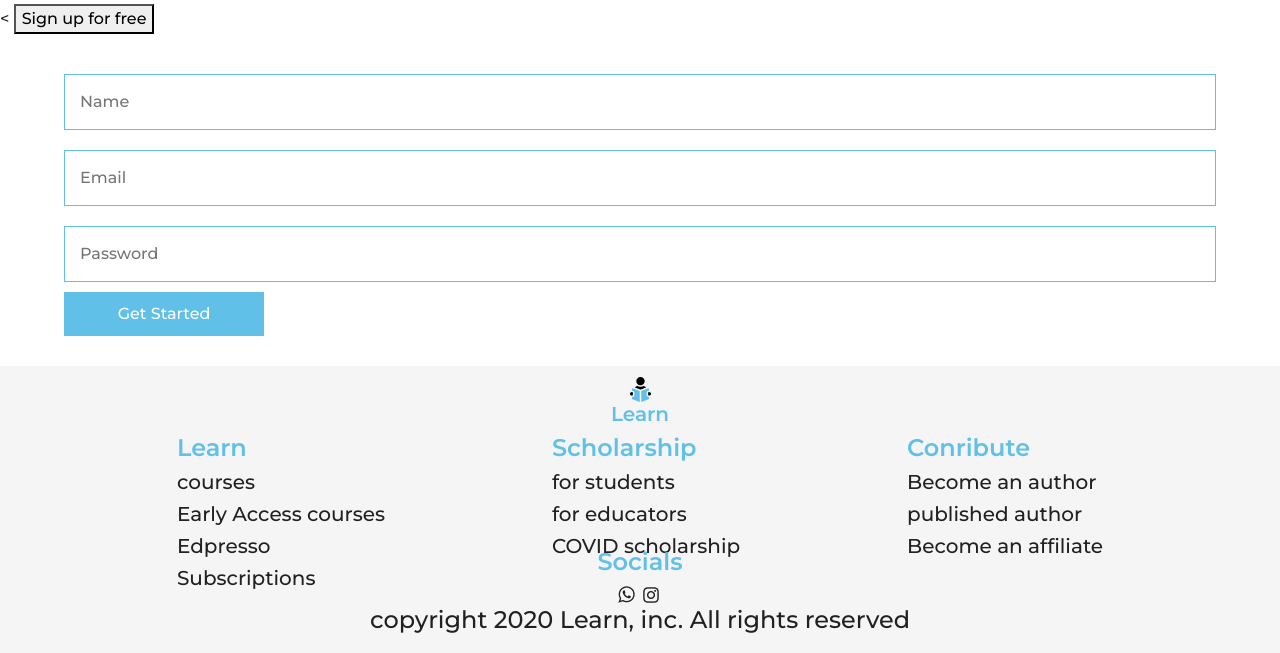
Repository: TiaraOluwanimi/team5
Page: tutor.html
An editor plug-in stored every save of this project. The page is shown before and after a run of saves, followed by the edit.
The browser window is 1280 px wide. The pictures show the part of the page from y = 2365 to 3024 px (the page is 3018 px tall before and 3024 px after).
A picture or video elsewhere on the page could not be fetched, so the positions and the page height are approximate. Some web libraries are served in a nearby version.

Above is the page before, as saved 2020-08-08 11:36:52.

### tutor.html
<!DOCTYPE html>
<html lang="en">
  <head>
    <meta charset="UTF-8" />
    <meta name="viewport" content="width=device-width, initial-scale=1.0" />
    <title>Online Tutoring</title>
    <!-- Custom Css -->
    <link rel="stylesheet" href="./assets/css/header-footer.css" />
    <link rel="stylesheet" href="./assets/css/tutor.css" />
    <link rel="stylesheet" href="./assets/css/testimonial.css" />
    <!-- Favicon -->
    <link rel="shortcut icon" href="" type="image/x-icon" />
    <!---------------------- CDNs----------------- -->
    <!-- Bootstrap CSS CDN -->
    <link
      rel="stylesheet"
      href="https://maxcdn.bootstrapcdn.com/bootstrap/4.0.0/css/bootstrap.min.css"
      integrity="sha384-Gn5384xqQ1aoWXA+058RXPxPg6fy4IWvTNh0E263XmFcJlSAwiGgFAW/dAiS6JXm"
      crossorigin="anonymous"
    />
    <!-- fontawesome CDN -->
    <!-- Google Font -->
    <link href="https://fonts.googleapis.com/css2?family=Montserrat:wght@500;600&display=swap" rel="stylesheet">
    <!-- Font Awesome -->
    <script src="https://kit.fontawesome.com/0f19ba4771.js" crossorigin="anonymous"></script>

</head>

<body>
    <!-- Welcome to this online tutoring website. 😊 -->
    <!--  Header  -->
    <nav class="nav1">
      <a href="#"><img src="./assets/img/logo.png" alt="" /></a>
      <div class="nav1div1">
        <img
          class="searchicon"
          onclick="displaySearchBar()"
          src="./assets/img/search.png"
          alt=""
        />
        <button class="nav1butt1">Log in</button>
        <button class="nav1butt2">Join for free</button>
      </div>
      <div class="nav1div2 display">
        <input
          class="searchbar"
          type="text"
          placeholder="Enter Text here"
          name=""
          id=""
        />
      </div>
    </nav>

    <!-- Landing Page -->
    <div class="div1">
        <img class="div1img1" src="./assets/img/hero-img.png" alt="">
        <div class="div1div1">
            <i class="fas fa-play-circle fa-2x div1img2"></i>
            &nbsp;&nbsp;&nbsp;
            <h3 class="div1hh1">TAKE A TOUR</h3>
        </div>
    </div>

    <div class="div2">
        <h1 class="div2hh1">
            LEARN ALL YOU WANT, AT YOUR OWN
            <span class="div2hh2">PACE.</span>
        </h1>
        <h4 class="div2hh3">
            Lorem ipsum dolor sit amet, consectetur
            adipiscing elit, sed do eiusmod tempor
            incididunt ut labore et dolore magna
            aliqua. Ut enim ad minim veniam, quis
            nostrud exercitation ullamco laboris nisi
            ut aliquip ex ea commodo consequat.
        </h4>
        <div class="div2div1">
            <button class="div2butt1">Get Started</button>
        </div>
    </div>
    <!-- join us section -->
    <section id="join-us" class="py-5" style="position: relative;">
        <div style="position: absolute; right: 0px; top:-10px;">
          <img src="./assets/img/Ellipse 13.png" alt="" class="img-fluid" />
        </div>
        <div class="container">
          <div class="row">
            <div class="col-12 mx-auto text-center">
              <h4 class="mx-auto sec-head">
                <span><strong>Join Us</strong></span>
              </h4>
              <p>
                Join us for free classes taught by experts. And explore hundreds
                of free online classes.
              </p>
            </div>
            <div class="row py-3">
                <div class="col-md-4 text-center my-3">
                  <div class="box-shadow py-3">
                    <img
                      src="./assets/img/course.png"
                      alt=""
                      class="join-img img-fluid rounded-circle w-50"
                    />
                    <h4 class="my-5"><strong>Choose a Course</strong></h4>
                  </div>
                </div>
                <div class="col-md-4 text-center my-3">
                  <div class="box-shadow py-3">
                    <img
                      src="./assets/img/skillset.png"
                      alt=""
                      class="join-img img-fluid rounded-circle w-50"
                    />
                    <h4 class="my-5"><strong>Grow your skillset</strong></h4>
                  </div>
                </div>
                <div class="col-md-4 text-center my-3">
                  <div class="box-shadow py-3">
                    <img
                      src="./assets/img/mentorship.png"
                      alt=""
                      class="join-img img-fluid rounded-circle w-50"
                    />
                    <h4 class="my-5"><strong>Meet a mentor</strong></h4>
                  </div>
                </div>
                <button
                  class="btn btn-lg btn-outline-primary py-3 px-5 rounded-0 mx-auto"
                >
                  View All
                </button>
              </div>
            </div>
          </section>

    <!-- service section -->
    <section id="services" class="py-5" style="position: relative;">
      <div style="position: absolute; left: 0px; top: -30px;">
        <img src="./assets/img/Ellipse 10.png" alt="" />
      </div>
      <div
        style="position: absolute; right: 0px; top: 30%; transform: scale(-1);"
      >
        <img src="./assets/img/Ellipse 10.png" alt="" />
      </div>
      <div class="container">
        <div class="row">
          <div class="col-12 mx-auto text-center">
            <h4 class="mx-auto sec-head">
              <span><strong>Services</strong></span>
            </h4>
            <p>
              Helping over 5,000 students reach their ultimate goals with our
              special packages.
            </p>
          </div>
        </div>
        <div class="row p-3">
          <div class="col-md-4 text-center py-3">
            <h4><strong>Get help, FAST</strong></h4>
            <img
              src="./assets/img/hourglass 1.png"
              alt=""
              class="img-fluid w-25 my-3"
            />
            <p class="my-3" style="font-size: 14px;">
              Lorem ipsum dolor sit amet, consectetur adipiscing elit, sed do
              eiusmod tempor incididunt ut labore et dolore magna aliqua. Ut
              enim ad minim veniam, quis nostrud exercitation ullamco laboris
              nisi ut aliquip ex ea commodo consequat. um.
            </p>
            <h6 class="border py-3 px-1 mx-3 border-primary">
              Learn More <i></i>
            </h6>
          </div>
          <div class="col-md-4 text-center py-3">
            <h4><strong>Personalised tutoring</strong></h4>
            <img
              src="./assets/img/teacher 1.png"
              alt=""
              class="img-fluid w-25 my-3"
            />
            <p class="my-3" style="font-size: 14px;">
              Lorem ipsum dolor sit amet, consectetur adipiscing elit, sed do
              eiusmod tempor incididunt ut labore et dolore magna aliqua. Ut
              enim ad minim veniam, quis nostrud exercitation ullamco laboris
              nisi ut aliquip ex ea commodo consequat. um.
            </p>
            <h6 class="border py-3 px-1 mx-3 border-primary">
              Learn More <i></i>
            </h6>
          </div>
          <div class="col-md-4 text-center py-3">
            <h4><strong>80+ Courses</strong></h4>
            <img
              src="./assets/img/test 1.png"
              alt=""
              class="img-fluid w-25 my-3"
            />
            <p class="my-3" style="font-size: 14px;">
              Lorem ipsum dolor sit amet, consectetur adipiscing elit, sed do
              eiusmod tempor incididunt ut labore et dolore magna aliqua. Ut
              enim ad minim veniam, quis nostrud exercitation ullamco laboris
              nisi ut aliquip ex ea commodo consequat. um.
            </p>
            <h6 class="border py-3 px-1 mx-3 mx-lg-1 border-primary">
              Learn More <i></i>
            </h6>
          </div>
        </div>
      </div>
    </section>
    <!-- Testimonial section -->
    <section>
      <div>
        <div class="testimonial-heading">
          <div>
            <hr>
            <span>Testimonials</span>
            <hr>
          </div>
          <p>what our awesome client are saying</p>
        </div>
        <div  id="testimonial-details">
          <div class="testimonial-card col-3">
            <img src="./assets/img/Ellipse 7.png" alt="">
            <div class="testimonial-statement">
              <p>Lorem ipsum dolor sit amet, consectetur adipiscing elit, sed do odo consequat. um.</p>
            </div>
            <p>-Rafiu</p>
          </div>
          <div class="testimonial-card col-3">
            <img src="./assets/img/Ellipse 7.png" alt="">
            <div class="testimonial-statement">
              <p>Lorem ipsum dolor sit amet, consectetur adipiscing elit, sed do odo consequat. um.</p>
            </div>
            <p>-Rafiu</p>
          </div>
          <div class="testimonial-card col-3">
            <img src="./assets/img/Ellipse 7.png" alt="">
            <div class="testimonial-statement">
              <p>Lorem ipsum dolor sit amet, consectetur adipiscing elit, sed do odo consequat. um.</p>
            </div>
            <p>-Rafiu</p>
          </div>

        </div>
        button>View all</button>
        <div>
          <
          <button>Sign up for free</button>
        </div>
        <div class="testimonial-container">
          <form >
            <input type="text" placeholder="Name">
            <input type="email" placeholder="Email">
            <input type="password" placeholder="Password">
            <button>Get Started</button>
          </form>
        </div>
      </div>
    </section>
    <!--  Footer  -->
    <footer class="footer1">
      <div class="footer1div1">
        <img class="footer1img1" src="./assets/img/logo.png" alt="" />
        <h5 class="footer1hh1">Learn</h5>
      </div>

      <div class="footer1div2">
        <div class="footer1div3">
          <h4 class="footer1hh2">Learn</h4>
          <a href="" class="footer1link1"
            ><h5 class="footer1hh3">courses</h5></a
          >
          <a href="" class="footer1link1"
            ><h5 class="footer1hh3">Early Access courses</h5></a
          >
          <a href="" class="footer1link1"
            ><h5 class="footer1hh3">Edpresso</h5></a
          >
          <a href="" class="footer1link1"
            ><h5 class="footer1hh3">Subscriptions</h5></a
          >
        </div>
        <div class="footer1div4">
          <h4 class="footer1hh2">Scholarship</h4>
          <a href="" class="footer1link1"
            ><h5 class="footer1hh3">for students</h5></a
          >
          <a href="" class="footer1link1"
            ><h5 class="footer1hh3">for educators</h5></a
          >
          <a href="" class="footer1link1"
            ><h5 class="footer1hh3">COVID scholarship</h5></a
          >
        </div>
        <div class="footer1div5">
          <h4 class="footer1hh2">Conribute</h4>
          <a href="" class="footer1link1"
            ><h5 class="footer1hh3">Become an author</h5></a
          >
          <a href="" class="footer1link1"
            ><h5 class="footer1hh3">published author</h5></a
          >
          <a href="" class="footer1link1"
            ><h5 class="footer1hh3">Become an affiliate</h5></a
          >
        </div>
      </div>

      <div class="footer1div6">
        <h4 class="footer1hh2 redd">Socials</h4>
        <a href="#"><img src="./assets/img/whatsapp.png" alt="" /></a>
        <a href="#"><img src="./assets/img/instagram.png" alt="" /></a>
      </div>

      <h4 class="footer1hh4">
        copyright 2020 Learn, inc. All rights reserved
      </h4>
    </footer>

    <!---------------------- CDNs----------------- -->
    <!-- jQuery CDN -->
    <script
      src="https://code.jquery.com/jquery-3.2.1.slim.min.js"
      integrity="sha384-KJ3o2DKtIkvYIK3UENzmM7KCkRr/rE9/Qpg6aAZGJwFDMVNA/GpGFF93hXpG5KkN"
      crossorigin="anonymous"
    ></script>
    <!-- ajax CDN -->
    <script
      src="https://cdnjs.cloudflare.com/ajax/libs/popper.js/1.12.9/umd/popper.min.js"
      integrity="sha384-ApNbgh9B+Y1QKtv3Rn7W3mgPxhU9K/ScQsAP7hUibX39j7fakFPskvXusvfa0b4Q"
      crossorigin="anonymous"
    ></script>
    <!-- BootstrapJS CDN -->
    <script
      src="https://maxcdn.bootstrapcdn.com/bootstrap/4.0.0/js/bootstrap.min.js"
      integrity="sha384-JZR6Spejh4U02d8jOt6vLEHfe/JQGiRRSQQxSfFWpi1MquVdAyjUar5+76PVCmYl"
      crossorigin="anonymous"
    ></script>
    <!-- Custom Javascript Links -->
    <script src="./assets/js/tutor.js"></script>
  </body>
</html>

### assets/css/header-footer.css

/*  Header Navbar */
body{
  margin: 0;
}
.nav1{
   margin: 10px;
}
.nav1div1{
    display: inline;
    float: right;
}
.nav1butt1{
    color: #212121;
    border-color: #212121;
    border-width: 1px;
    background-color: #FFFFFF;
    padding: 7px 7px;
    font-family: 'Montserrat', sans-serif;
    font-weight: 500;
    outline: none;
    margin-left: 35px;
}
.nav1butt2{
    color: #FFFFFF;
    border-color: #60C0E8;
    border: none;
    background-color: #60C0E8;
    padding: 8px 7px;
    font-family: 'Montserrat', sans-serif;
    font-weight: 500;
    outline: none;
    margin-left: 8px;
}
.nav1butt1:hover{
    background-color: #f0f0f0;
      cursor: pointer;
}
.nav1butt2:hover{
    background-color: #60adce;
    cursor: pointer;
}
.searchicon:hover{
    cursor: pointer;
}
.nav1div2{
    text-align: center;
    width: 100%;
    margin-top: 10px;
}
.searchbar{
    width: 60%;
    font-family: 'Montserrat', sans-serif;
    outline: none;
    border-radius: 10px;
    padding: 10px;
    border-width: 1px;
}
.footer1link1{
    text-decoration: none;
}
.display{
    display: none;
}



/*  Footer  */
.footer1{
    padding: 10px;
    background-color: #F5F5F5;
}
.footer1div1{
    text-align: center;
}
.footer1hh1{
    margin-top: 0px;
    font-family: 'Montserrat', sans-serif;
    color: #60C0E8;
    font-weight: 600;
}
.footer1div2{
    display: flex;
    flex-direction:row;
    justify-content: space-evenly;
}
.footer1hh2{
    font-family: 'Montserrat', sans-serif;
    color: #60C0E8;
    font-weight: 600;
}
.footer1hh3{
    font-family: 'Montserrat', sans-serif;
    color: #212121;
    font-weight: normal;
}
.footer1div6{
    text-align: center;
    margin-top: -50px;
}
.redd{
    margin-bottom: 5px;
}
.footer1hh4{
    text-align: center;
    font-family: 'Montserrat', sans-serif;
    color: #212121;
    font-style: normal;
    font-weight: 500;
}

/* Footer Media Queries */
@media only screen and (max-width: 399px) {
    .footer1div2{
        flex-direction: column;
        align-items: center;
    }
    .footer1div6{
        text-align: center;
        margin-top: -10px;
    }
}

### assets/css/tutor.css
* {
  font-family: "Montserrat", sans-serif;
}
.div1 {
  margin: 10px;
  text-align: center;
}
.div1div1 {
  width: 100%;
  display: flex;
  justify-content: center;
  background-color: #60c0e8;
  margin-top: -5px;
}
.div1img1 {
  width: 100%;
  height: 350px;
}
.div1img2 {
  padding-top: 15px;
  color: #ffffff;
}
.div1div1:hover {
  background-color: #60adce;
  cursor: pointer;
}
.div1hh1 {
  font-family: "Montserrat", sans-serif;
  font-weight: 600;
  color: #ffffff;
}

.div2 {
  margin: 10px;
}
.div2hh1 {
  font-family: "Montserrat", sans-serif;
  text-align: center;
  color: #3a3a3a;
  font-weight: bold;
}
.div2hh2 {
  color: #60c0e8;
}
.div2hh3 {
  font-family: "Montserrat", sans-serif;
  text-align: center;
  color: #000000;
  font-weight: 500;
}
.div2div1 {
  text-align: center;
}
.div2butt1 {
  background-color: #60c0e8;
  font-weight: 500;
  color: #ffffff;
  border: none;
  outline: none;
  padding: 15px 30px;
  font-size: large;
}
.div2butt1:hover {
  background-color: #60adce;
  cursor: pointer;
}

/* this handles the line in each section heading  */
.sec-head {
  width: 30%;
  text-align: center;
  border-bottom: 2px solid #000;
  line-height: 0.1em;
  margin: 10px 0 20px;
}
.sec-head span {
  background: #fff;
  padding: 0 10px;
}
/* join us images border */
.join-img {
  border: 5px solid #60c0e8 !important;
}
/* box shadow */
.box-shadow {
  box-shadow: 0px 5px 30px 0.5px #e6e6e6;
}
.box-shadow:hover {
  box-shadow: 0px 5px 30px 5px #c7c7c7;
}

@media screen and (max-width: 320px) {
  .sec-head {
    width: 70%;
  }
}

### assets/css/testimonial.css
.testimonial-heading{
    text-align:center;
    margin-bottom: 50px;;
}
.testimonial-card{
    text-align: center;
    width:500px;
    padding:15px;
    position: relative;
    background-color: #60C0E8;
    margin: 50px 20px 25px;


}
.testimonial-card img{
    margin-top:-60px;

    width:120px;
    border: 8px solid white;
    border-radius: 100%;

}
.testimonial-statement{
    color:#fff;
    margin:10px 0;
}
#testimonial-details{
    display:flex;
    justify-content: space-around;
    flex-wrap:nowrap;
    overflow-x: scroll;
}
.testimonial-container{
    width:90%;
    margin:0 auto;
    overflow: hidden;
}

form{
    box-sizing: border-box;
    margin:30px 0;
}
form input{
    width:100%;
    margin:10px 0;
    padding:15px;
    border: 1px solid #60C0E8;
    box-sizing: border-box;
}

form button{
    width:200px;
    margin: 0 auto;
    background: #60C0E8;
    color:#fff;
    padding:10px;
    border:none;
}

### assets/js/tutor.js

function displaySearchBar(){
    document.querySelector(".nav1div2").classList.toggle("display");
}

After the next 3 saves:
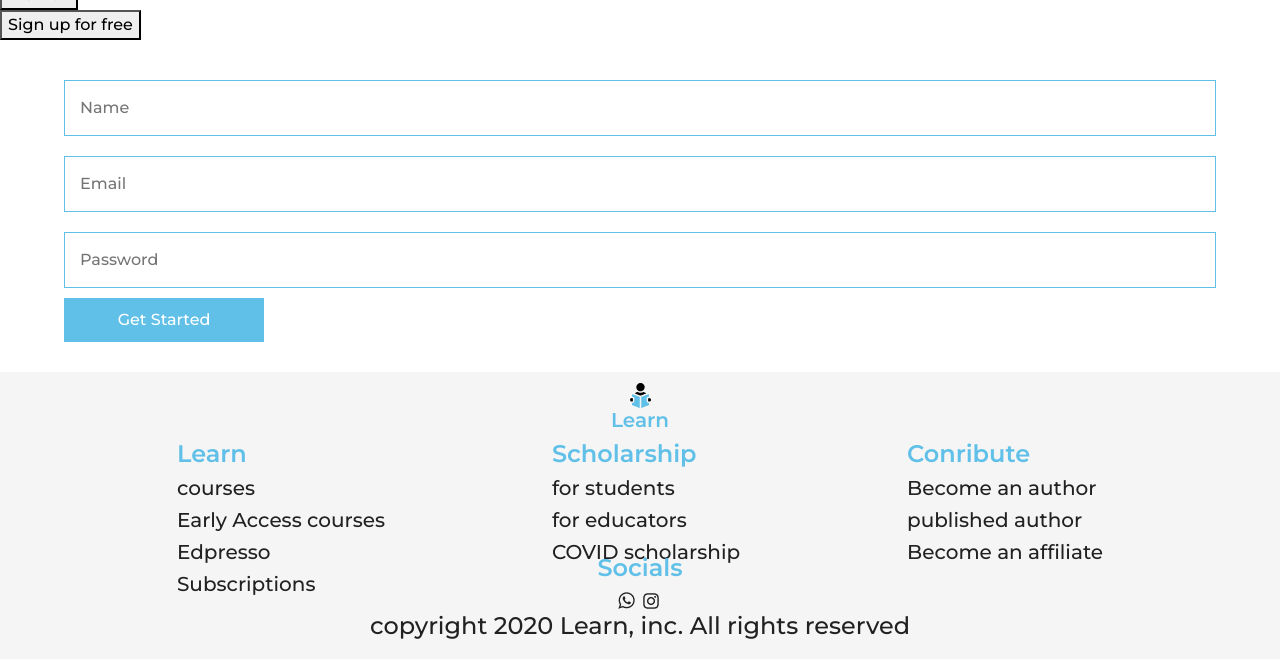
The 3 saves are shown as one change because they came seconds apart.
The last was saved 13 s later.
--- a/tutor.html
+++ b/tutor.html
@@ -247,9 +247,9 @@
           </div>
 
         </div>
-        button>View all</button>
+          <button>View all</button>
         <div>
-          <
+
           <button>Sign up for free</button>
         </div>
         <div class="testimonial-container">
